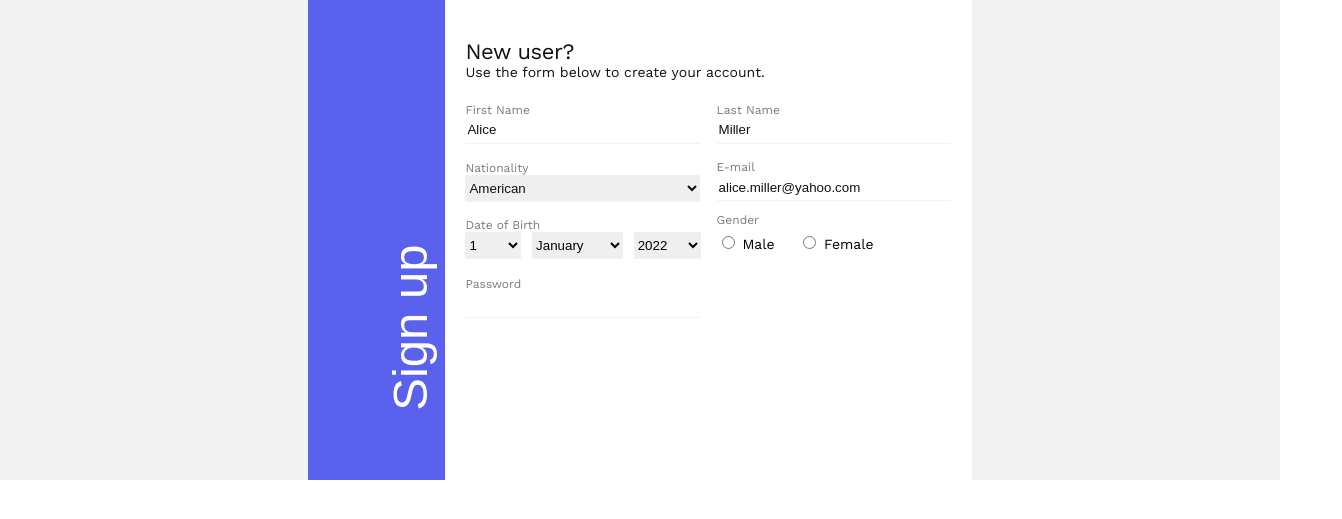
Repository: MorgunovaAlexandra/forma
Page: index.html
An editor plug-in stored every save of this project. The page is shown before and after the next save, followed by the edit.
The browser window is 1280 px wide. The page is 1342 px wide, so the pictures cover 1342 px, including what lies to the right of the window. The pictures show the whole page.
Some web fonts or font styles are not loaded; a fallback is used.

Above is the page before, as saved 2022-07-18 17:00:19.

After the next save:
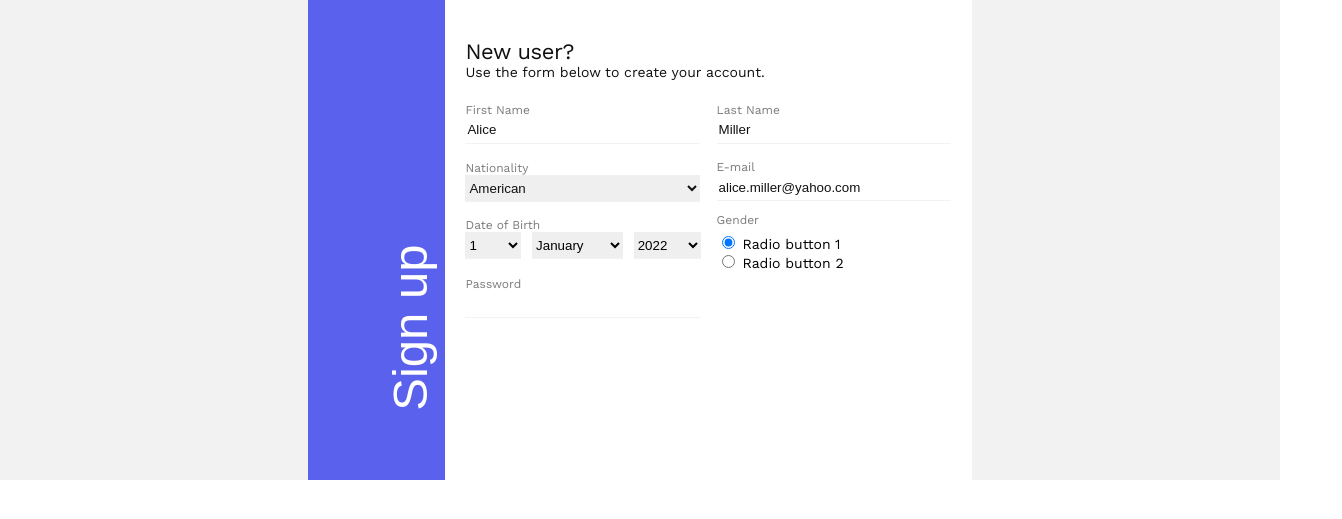
Saved 4 min 1 s later.
--- a/index.html
+++ b/index.html
@@ -72,11 +72,15 @@
                 </div>
                 <div class="radioInput">
                    <div class="text-field__label title__radio">Gender</div>
-                    <input class="radio__male"type="radio" id="Male"name="gender" value="Male">
-                   <label  class="label__Male"for="Male">Male</label>
+                   <div class="form_radio">
+                    <input id="radio-1" type="radio" name="radio" value="1" checked>
+                    <label for="radio-1">Radio button 1</label>
+                </div>
 
-                   <input type="radio" id="Fem"name="gender" value="Femail">
-                   <label for="Fem">Female</label>
+                <div class="form_radio">
+                    <input id="radio-2" type="radio" name="radio" value="2">
+                    <label for="radio-2">Radio button 2</label>
+                </div>
                 </div>
 
 
